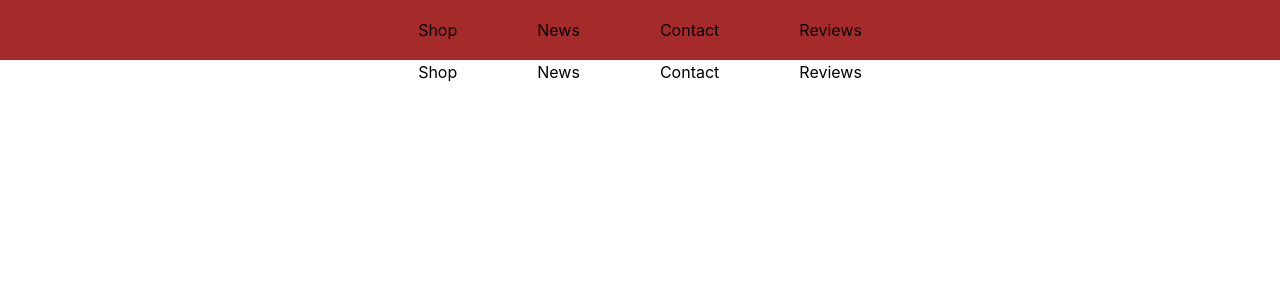
Repository: tusharpasricha/owlsomecoffee
Page: /
The author's editor kept a copy of each file at every save. The page is drawn from the files as they stood at one save, then again after the next save.
The browser window is 1280 px wide. The pictures show the whole page.
The project was rebuilt for these pictures with package versions that can differ from the ones it lists, and the page was loaded fresh each time.

Above is the page before, as saved 2021-09-27 08:50:38.

After the next save:
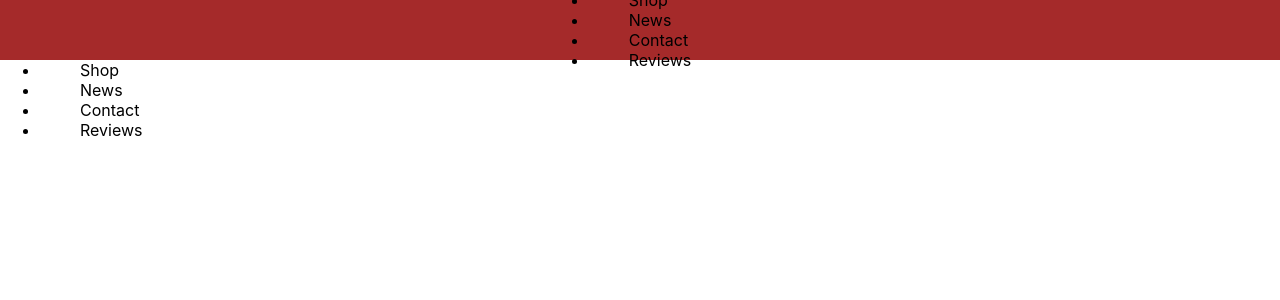
Saved 56 s later.
--- a/src/components/navbar.css
+++ b/src/components/navbar.css
@@ -9,7 +9,7 @@
     height: 60px;
     align-items: center;
 }
- ul{
+ .options{
 
      display: flex;
      list-style-type: none;

After the save that followed:
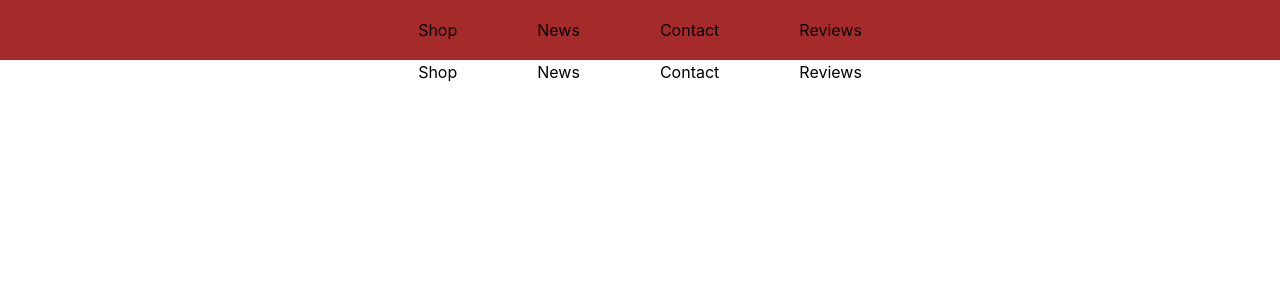
Saved 12 s later.
--- a/src/components/navbar.css
+++ b/src/components/navbar.css
@@ -9,7 +9,7 @@
     height: 60px;
     align-items: center;
 }
- .options{
+ ul{
 
      display: flex;
      list-style-type: none;
